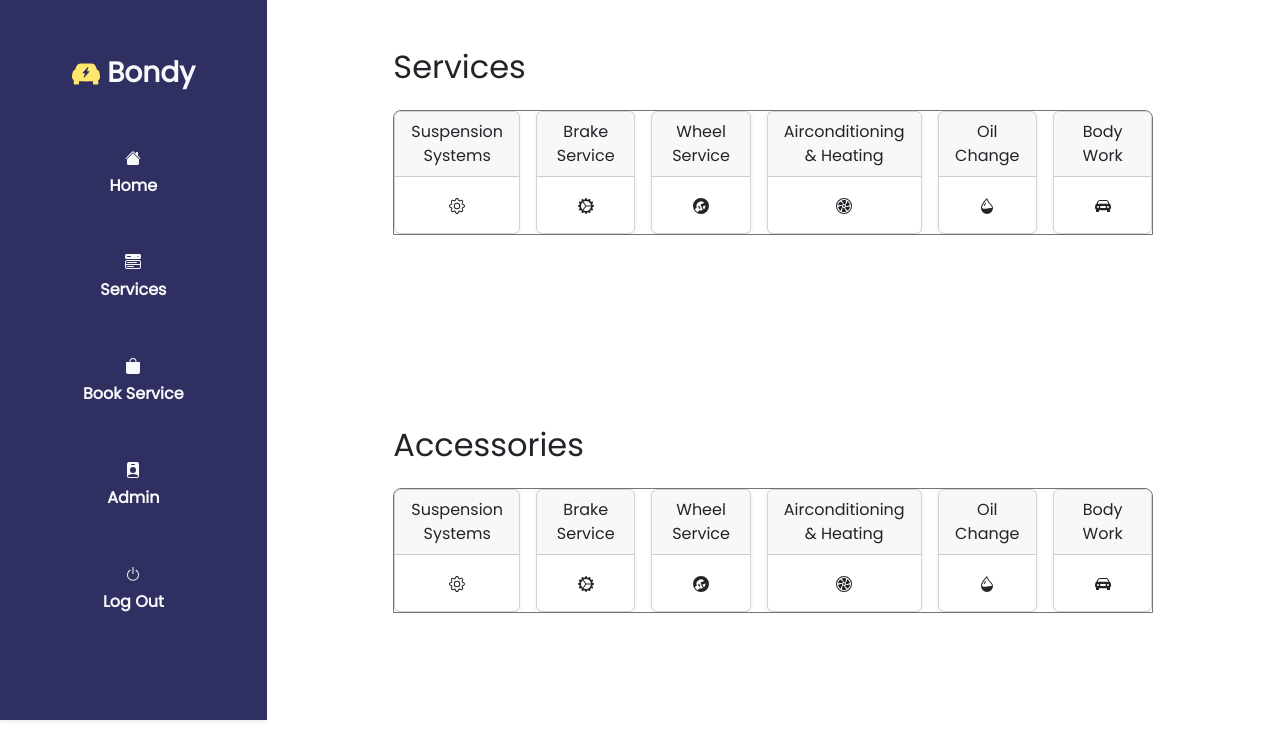
Repository: duzzisantos/bondy
Page: /
The author's editor kept a copy of each file at every save. The page is drawn from the files as they stood at one save, then again after the next save.
The browser window is 1280 px wide. The pictures show the whole page.
Some web libraries are served in a nearby version. The project was rebuilt for these pictures with package versions that can differ from the ones it lists, and the page was loaded fresh each time.

Above is the page before, as saved 2023-06-18 00:48:57.

After the next save:
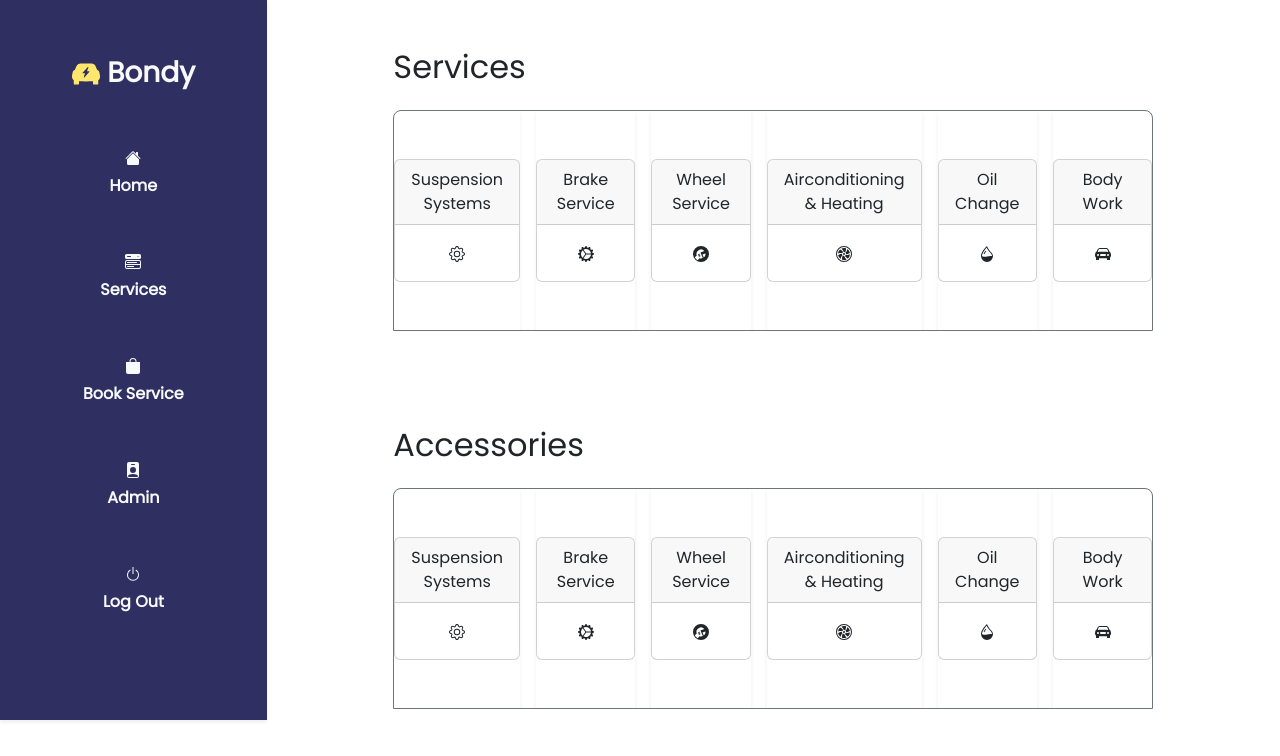
Saved 12 s later.
--- a/src/components/Home/LandingPageScrollContainer.tsx
+++ b/src/components/Home/LandingPageScrollContainer.tsx
@@ -21,7 +21,7 @@ const LandingPageScrollContainer: FunctionComponent<ScrollContainerProps> = ({
           <Link
             to={`/services/${element.category}`}
             key={index}
-            className="text-decoration-none w-75 h-100 shadow-sm"
+            className="text-decoration-none w-75 py-5 shadow-sm"
             onClick={handleClick}
           >
             <Card>
